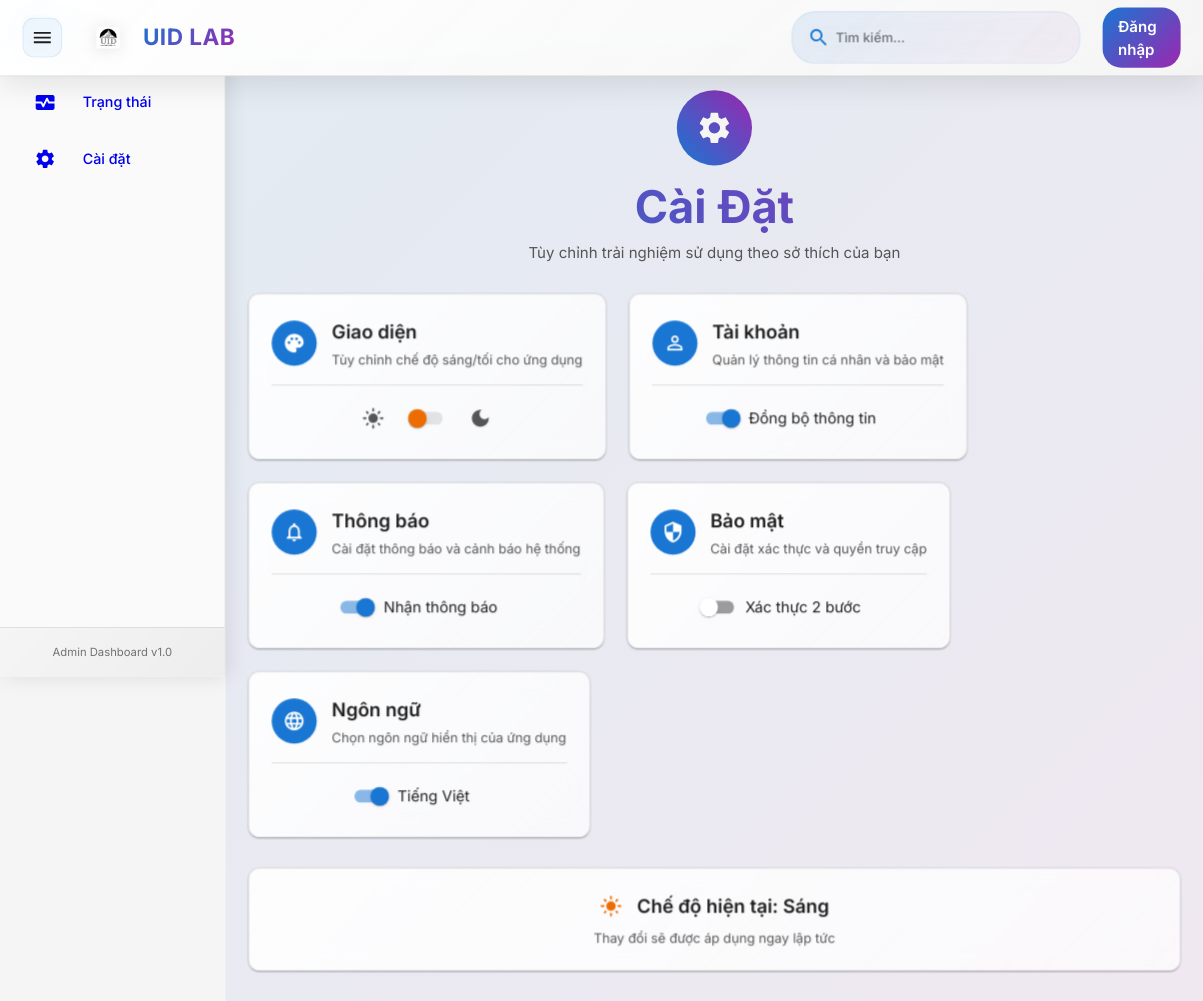
Repository: duvohuu/UID_IoT_WebServer
Page: /setting (app in WebServer/Front-end/)
The author's editor kept a copy of each file at every save. The page is drawn from the files as they stood at one save, then again after the next save.
The browser window is 1280 px wide. The pictures show the whole page, at 94% of full size.
The page's requests for data from a server got no answer. The project was rebuilt for these pictures with package versions that can differ from the ones it lists, and the page was loaded fresh each time. Some packages were replaced by stand-ins written for this rebuild. No one was signed in, and anything a server would have sent is missing. Also part of the build but not shown: WebServer/Front-end/vite.config.js, WebServer/Front-end/src/components/ChangePasswordDialog.jsx, WebServer/Front-end/src/components/AvatarMenu.jsx, WebServer/Front-end/src/components/status/StatusHeader.jsx, WebServer/Front-end/src/components/status/StatusStatsCards.jsx, WebServer/Front-end/src/components/status/MachineStatusCard.jsx, WebServer/Front-end/src/api/machineAPI.js, WebServer/Front-end/src/components/status/StatusMachinesGrid.jsx and 5 more.

Above is the page before, as saved 2025-06-08 10:23:13.

After the next save:
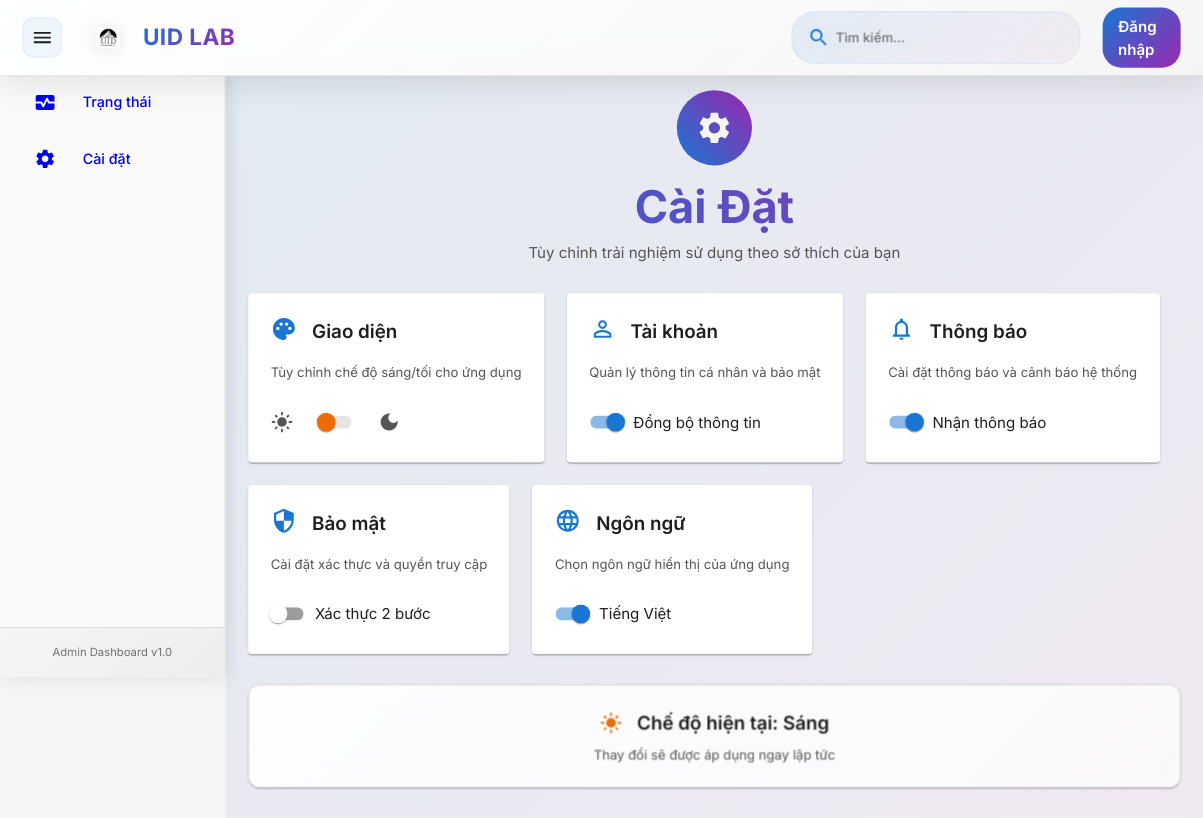
Saved 37 min 51 s later.
--- a/WebServer/Front-end/src/components/SettingCard.jsx
+++ b/WebServer/Front-end/src/components/SettingCard.jsx
@@ -1,12 +1,10 @@
 import React from 'react';
 import {
-    Box,
-    Typography,
     Card,
     CardContent,
-    Divider,
-    Avatar,
-    Slide
+    Typography,
+    Box,
+    Fade
 } from '@mui/material';
 import { useTheme } from '@mui/material/styles';
 
@@ -14,53 +12,46 @@
     const theme = useTheme();
 
     return (
-        <Slide direction="up" in={true} timeout={500 + delay}>
+        <Fade in={true} timeout={600} style={{ transitionDelay: `${delay}ms` }}>
             <Card
                 sx={{
                     height: '100%',
-                    background: theme.palette.mode === 'dark'
-                        ? 'linear-gradient(135deg, rgba(255,255,255,0.1) 0%, rgba(255,255,255,0.05) 100%)'
-                        : 'linear-gradient(135deg, rgba(255,255,255,0.9) 0%, rgba(255,255,255,0.7) 100%)',
-                    backdropFilter: 'blur(10px)',
-                    border: `1px solid ${theme.palette.divider}`,
-                    borderRadius: 3,
-                    transition: 'all 0.3s cubic-bezier(0.4, 0, 0.2, 1)',
+                    transition: 'all 0.3s ease',
                     '&:hover': {
                         transform: 'translateY(-4px)',
-                        boxShadow: theme.shadows[8],
-                        borderColor: theme.palette.primary.main
+                        boxShadow: theme.shadows[8]
                     }
                 }}
             >
                 <CardContent sx={{ p: 3 }}>
                     <Box sx={{ display: 'flex', alignItems: 'center', mb: 2 }}>
-                        <Avatar
+                        <Box
                             sx={{
-                                bgcolor: theme.palette.primary.main,
-                                color: theme.palette.primary.contrastText,
-                                width: 48,
-                                height: 48,
-                                mr: 2
+                                mr: 2,
+                                color: theme.palette.primary.main,
+                                '& svg': { fontSize: 28 }
                             }}
                         >
                             {icon}
-                        </Avatar>
-                        <Box sx={{ flex: 1 }}>
-                            <Typography variant="h6" sx={{ fontWeight: 600, mb: 0.5 }}>
-                                {title}
-                            </Typography>
-                            <Typography variant="body2" color="text.secondary">
-                                {description}
-                            </Typography>
                         </Box>
+                        <Typography variant="h6" sx={{ fontWeight: 600 }}>
+                            {title}
+                        </Typography>
                     </Box>
-                    <Divider sx={{ my: 2 }} />
-                    <Box sx={{ display: 'flex', justifyContent: 'center' }}>
+
+                    <Typography
+                        variant="body2"
+                        sx={{ color: 'text.secondary', mb: 3 }}
+                    >
+                        {description}
+                    </Typography>
+
+                    <Box>
                         {children}
                     </Box>
                 </CardContent>
             </Card>
-        </Slide>
+        </Fade>
     );
 };
 

After the save that followed:
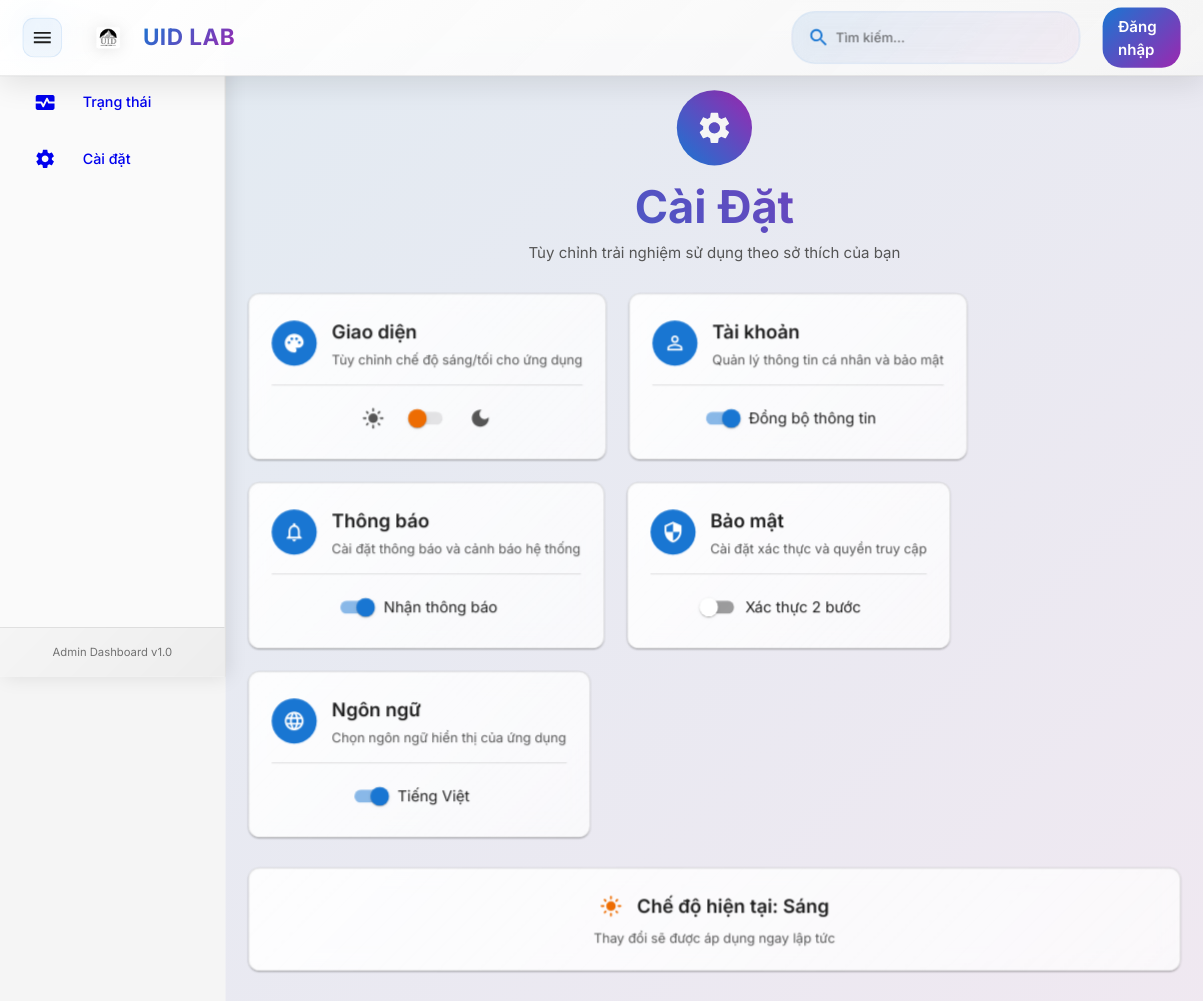
Saved 9 s later.
--- a/WebServer/Front-end/src/components/SettingCard.jsx
+++ b/WebServer/Front-end/src/components/SettingCard.jsx
@@ -1,10 +1,12 @@
 import React from 'react';
 import {
+    Box,
+    Typography,
     Card,
     CardContent,
-    Typography,
-    Box,
-    Fade
+    Divider,
+    Avatar,
+    Slide
 } from '@mui/material';
 import { useTheme } from '@mui/material/styles';
 
@@ -12,46 +14,53 @@
     const theme = useTheme();
 
     return (
-        <Fade in={true} timeout={600} style={{ transitionDelay: `${delay}ms` }}>
+        <Slide direction="up" in={true} timeout={500 + delay}>
             <Card
                 sx={{
                     height: '100%',
-                    transition: 'all 0.3s ease',
+                    background: theme.palette.mode === 'dark'
+                        ? 'linear-gradient(135deg, rgba(255,255,255,0.1) 0%, rgba(255,255,255,0.05) 100%)'
+                        : 'linear-gradient(135deg, rgba(255,255,255,0.9) 0%, rgba(255,255,255,0.7) 100%)',
+                    backdropFilter: 'blur(10px)',
+                    border: `1px solid ${theme.palette.divider}`,
+                    borderRadius: 3,
+                    transition: 'all 0.3s cubic-bezier(0.4, 0, 0.2, 1)',
                     '&:hover': {
                         transform: 'translateY(-4px)',
-                        boxShadow: theme.shadows[8]
+                        boxShadow: theme.shadows[8],
+                        borderColor: theme.palette.primary.main
                     }
                 }}
             >
                 <CardContent sx={{ p: 3 }}>
                     <Box sx={{ display: 'flex', alignItems: 'center', mb: 2 }}>
-                        <Box
+                        <Avatar
                             sx={{
-                                mr: 2,
-                                color: theme.palette.primary.main,
-                                '& svg': { fontSize: 28 }
+                                bgcolor: theme.palette.primary.main,
+                                color: theme.palette.primary.contrastText,
+                                width: 48,
+                                height: 48,
+                                mr: 2
                             }}
                         >
                             {icon}
+                        </Avatar>
+                        <Box sx={{ flex: 1 }}>
+                            <Typography variant="h6" sx={{ fontWeight: 600, mb: 0.5 }}>
+                                {title}
+                            </Typography>
+                            <Typography variant="body2" color="text.secondary">
+                                {description}
+                            </Typography>
                         </Box>
-                        <Typography variant="h6" sx={{ fontWeight: 600 }}>
-                            {title}
-                        </Typography>
                     </Box>
-
-                    <Typography
-                        variant="body2"
-                        sx={{ color: 'text.secondary', mb: 3 }}
-                    >
-                        {description}
-                    </Typography>
-
-                    <Box>
+                    <Divider sx={{ my: 2 }} />
+                    <Box sx={{ display: 'flex', justifyContent: 'center' }}>
                         {children}
                     </Box>
                 </CardContent>
             </Card>
-        </Fade>
+        </Slide>
     );
 };
 
